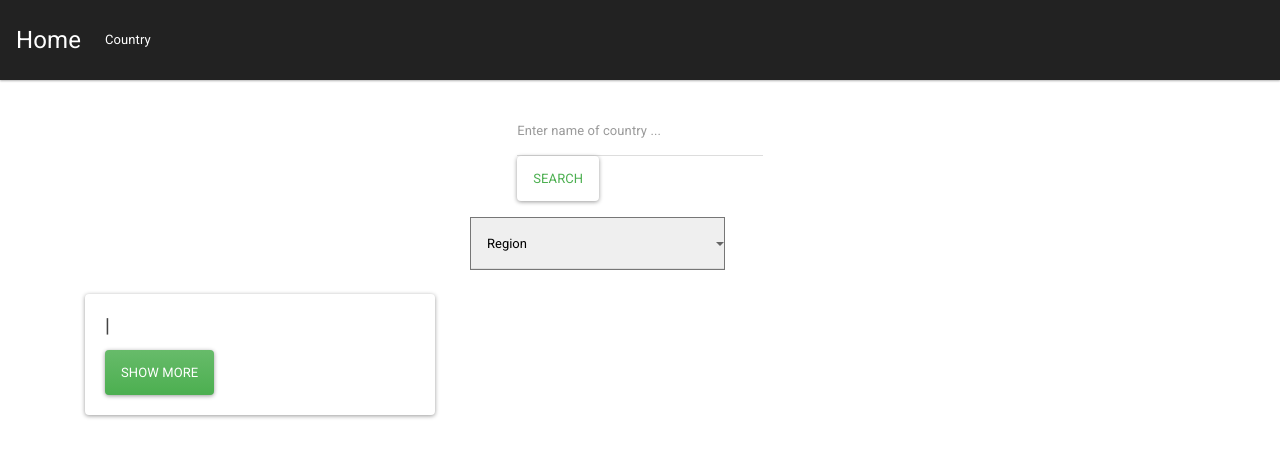
Repository: abdelhak-f/Countries_React
Page: / (app in client/)
An editor plug-in stored every save of this project. The page is shown before and after the next save, followed by the edit.
The browser window is 1280 px wide. The pictures show the whole page.
The page's requests for data from a server got no answer. The project was rebuilt for these pictures with package versions that can differ from the ones it lists, and the page was loaded fresh each time. No one was signed in, and anything a server would have sent is missing. Also part of the build but not shown: client/src/components/countrys/ProfilCountry.jsx.

Above is the page before, as saved 2021-05-12 10:36:13.

### client/src/App.js
import  React from 'react';
import './App.css';
import Countries from  './components/AllCountries';
import  Navbar from './components/partials/Navbar';
import ProfileCountry from './components/countrys/ProfilCountry'
import SearchCountry from './components/countrys/SearchCountry'
import { BrowserRouter as Router, Switch, Route} from 'react-router-dom';

function App() {
  return (
    <Router>
    <div className="App">
      <Navbar />
      <div className="container">
      <Switch>
       <Route exact path="/" component={Countries} />
       <Route path="/" component={ProfileCountry}/>
       <Route path="/" component={SearchCountry}/>
      {/* <ProfileCountry/>
      <Countries /> */}
    </Switch>
      </div>
    </div>
    </Router>
  );
}

export default App;

### client/src/components/AllCountries.jsx
import React, { Component } from 'react';
import  Country  from  './countrys/Country';
import SearchCountry from './countrys/SearchCountry';
import ContinentRegion from './countrys/ContinentRegion';
import axios from 'axios';

class AllCountries extends Component  {

    constructor(props) {
        super(props)

        this.state = {
             countries: [
                 {

                 }
             ]
        }
    }
    getCountry = () => {
        axios.get(`https://restcountries.eu/rest/v2/all`)
                       .then(response => {
                           this.setState({
                            countries: response.data
                           })
                       })
    }
    componentDidMount() {
        this.getCountry()
    }
    // searchCountry =( data) => {
    //      if(data != ''){
    //           axios.get(`https://restcountries.eu/rest/v2=${data}`)
    //           .then(response => {
    //             this.setState({
    //               countries: response.data.items

    //             })
    //           })
    //      }
    // }

  render() {
    return (
      <div>
          <div className="row   my-2">
              <div className="col-md-12">
       <SearchCountry getCountrySearch={this.searchCountry} />
              </div>
              <div className="col-md-12">
       <ContinentRegion />
              </div>
          </div>
          <div className="row">
        {this.state.countries.map (country => (
            <div className="col-md-4 mt-3 key={name.id}">
              <Country  country={country} />
               </div>
        ))}
        </div>
      </div>
    )
  }
}

export default AllCountries

### client/src/components/partials/Navbar.jsx
import React from 'react';
import { Link } from 'react-router-dom';

export default function Navbar() {
  return (
    <>
    <nav className="navbar navbar-expand-sm navbar-dark bg-dark">
        <Link className="navbar-brand" to="/">Home</Link>
        <button className="navbar-toggler d-lg-none" type="button" data-toggle="collapse" data-target="#collapsibleNavId" aria-controls="collapsibleNavId"
            aria-expanded="false" aria-label="Toggle navigation">
            <span className="navbar-toggler-icon"></span>
        </button>
        <div className="collapse navbar-collapse" id="collapsibleNavId">
            <ul className="navbar-nav mr-auto mt-2 mt-lg-0">
                <li className="nav-item active">
                    <a className="nav-link" href="#">Country <span className="sr-only">(current)</span></a>
                </li>
            </ul>

        </div>
    </nav>
    </>
  );
}

### client/src/components/countrys/SearchCountry.jsx
// import React, { Component } from 'react'

// class SearchCountry extends Component {
//     state = {
//         search : ''
//     }
//     handleForm  = (e) => {
//         this.setState({
//             search:e.target.value
//         })
//     }

//     searchCountries= (e) => {
//         e.preventDefault();
//         this.props.getCountrySearch(this.state.search)
//     }
//   render() {
//       const {search} = this.state;
//     return (

//         <form onSubmit={this.searchCountries}>
//             <div className="form-group ">
//                 <input onChange={this.handleForm} value={search} placeholder='Search countries ...' id="search" type="text" className="form-control"/>
//                 </div>
//                 {/* {search} */}
//                 <button className="btn btn-danger">Search</button>
//         </form>

//     )
//   }
// }

// export default SearchCountry

/* eslint-disable array-callback-return */
/* eslint-disable react-hooks/exhaustive-deps */

import { Link } from 'react-router-dom';
import React, { useState, useEffect } from 'react';

const SearchCountry = ({ alpha3Code, alpha2Code, flag, name}) => {

    const [Data, setData] = useState([])
    const [input, setInput] = useState('')
    const [output, setOutput] = useState([])

    // get data
    useEffect(() => {
        fetch('https://restcountries.eu/rest/v2/all')
            .then(res => res.json())
            .then(data => setData(data));
    }, [])

    // filter data

    useEffect(() => {
        setOutput([])
        Data.filter(val => {
            if (val.alpha3Code.toUpperCase().includes(input.toUpperCase())) {
                setOutput(output => [...output, val])
            }
        })

    }, [input]);

    return (
        <div>
            <div className="container-fluid w-25 p-3">
                <form className="">
                    <input onChange={e => setInput(e.target.value)} className="form-control" type="search" placeholder="Enter name of country ..." aria-label="Search" />
                    <button className="btn btn-outline-success" type="submit">Search</button>
                </form>
            </div>

            <div className="countainer-fluid ml-5 col-6">
                {SearchCountry && output.map((res, index) => (
                    <>
                        <div key={index} className='card-body'>
                                <img className="card-img-top"  src={res.flag} alt="flag" />
                             <div className="card-text">
                                <p>{res.alpha3Code} </p>
                                <p>{res.alpha2Code}</p>
                                <Link to={`/ProfilCountry/${res.name}`}>
                                    <button className="btn btn-success">show more</button>
                                </Link>

                            </div>
                        </div>
                    </>
                ))}
            </div>
        </div>
    );
}

export default SearchCountry;

### client/src/components/countrys/Country.jsx
import React, { Component } from 'react';
import { Link } from 'react-router-dom';


  class Country extends Component{
    constructor(props) {
      super(props);
      this.state = {};
      console.log(props.data);
    }

  render() {
    return (
      <>
         <div className="card">
                   <img className="card-img-top" src= {this.props.country.flag}  alt="" />
                   <div className="card-body">
                   <h4 className="card-title">{this.props.country.alpha2Code} | {this.props.country.alpha3Code}</h4>
                       <p className="card-text">

                           <Link to={'/ProfilCountry/' +this.props.country.name} className="btn btn-success">show more</Link>

                           {/* <a href={this.props.country.regionalBlocs} className="btn btn-success ">profile</a> */}
                       </p>
                   </div>
                   </div>
      </>
    )
    }
  }


export default Country ;

### client/src/components/countrys/ContinentRegion.jsx
/* eslint-disable array-callback-return */
/* eslint-disable react-hooks/exhaustive-deps */
import React, { useState, useEffect } from "react";



   const ContinentRegion = () => {
    const [Data, setData] = useState([])
    const [input, setInput] = useState({ name:''})
    const [output, setOutput] = useState([])

    useEffect(() => {
        fetch('https://restcountries.eu/rest/v2/all')
            .then(res => res.json())
            .then(data => setData(data));
    },[])

    useEffect(() => {
        setOutput([])
        Data.filter(val => {
            if (val.region.includes(input)) {
                setOutput(output => [...output, val])
            }
        })

    }, [input]);
    console.log('code=>', input);

    return (
        <div className= 'container select col-md-4'>
            <select name='name' onChange={e => setInput(e.target.value)} class="form-select form-select-sm  w-75 p-3" aria-label=".form-select-sm example">
                <option selected>Region</option>
                {/* <option value="All">All</option> */}
                <option value="Africa">Africa</option>
                <option value="Asia">Asia</option>
                <option value="Europe">Europe</option>
                <option value="Oceania">Oceania</option>
            </select>
            <div className="countainer col-md-4 ">
                {output.map((res, index) => (
                    <>
                        <div className='card my-2' key={index}>
                                <img className="card-img-top " src={res.flag} alt="flag" />
                            <div className='card-body'>
                                <h2>{res.name} </h2>
                                <p>region:{res.region}</p>
                                <p>capital:{res.capital}</p>
                            </div>
                        </div>
                    </>
                ))}
            </div>
        </div>
    );
}

export default ContinentRegion

Loaded but not shown: client/public/index.html (common file); client/src/index.js (common file); client/src/App.css (library)

After the next save:
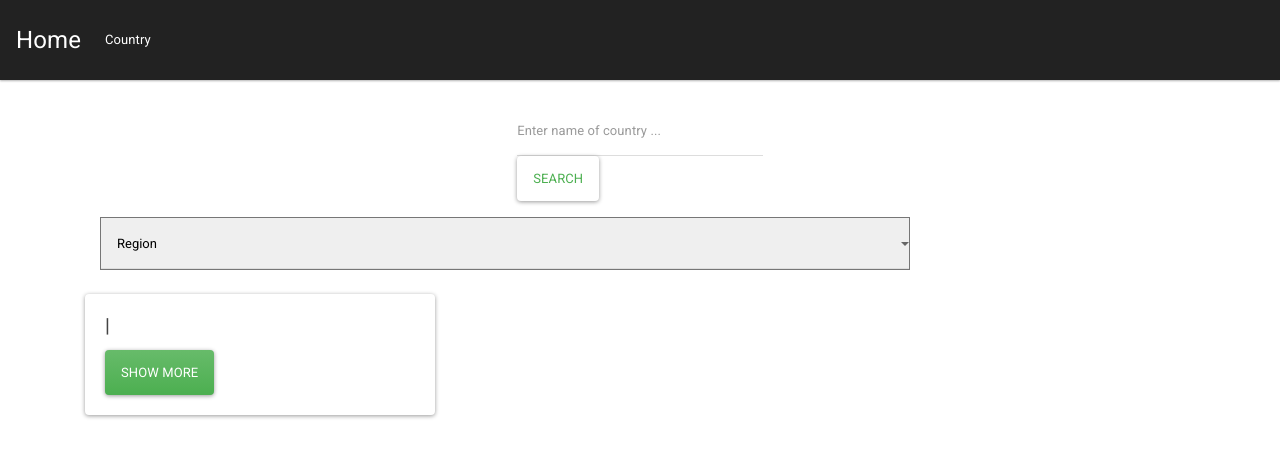
Saved 13 s later.
--- a/client/src/components/countrys/ContinentRegion.jsx
+++ b/client/src/components/countrys/ContinentRegion.jsx
@@ -27,7 +27,7 @@ import React, { useState, useEffect } from "react";
     console.log('code=>', input);
 
     return (
-        <div className= 'container select col-md-4'>
+        <div className= 'container select'>
             <select name='name' onChange={e => setInput(e.target.value)} class="form-select form-select-sm  w-75 p-3" aria-label=".form-select-sm example">
                 <option selected>Region</option>
                 {/* <option value="All">All</option> */}
